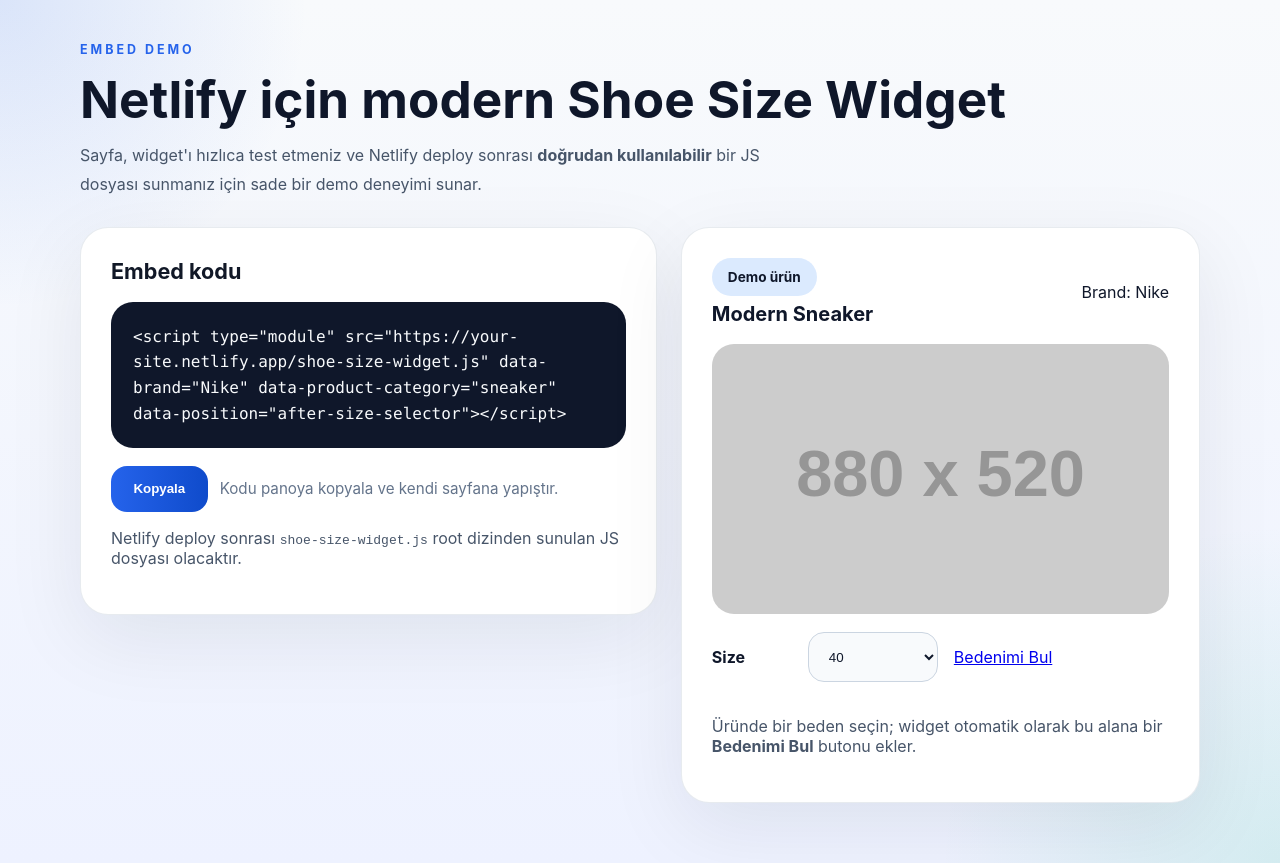
Repository: h-kod/sizeselect
Page: /
The author's editor kept a copy of each file at every save. The page is drawn from the files as they stood at one save, then again after the next save.
The browser window is 1280 px wide. The pictures show the whole page.
The project was rebuilt for these pictures with package versions that can differ from the ones it lists, and the page was loaded fresh each time. Also part of the build but not shown: vite.config.ts.

Above is the page before, as saved 2026-06-07 05:17:18.

After the next save:
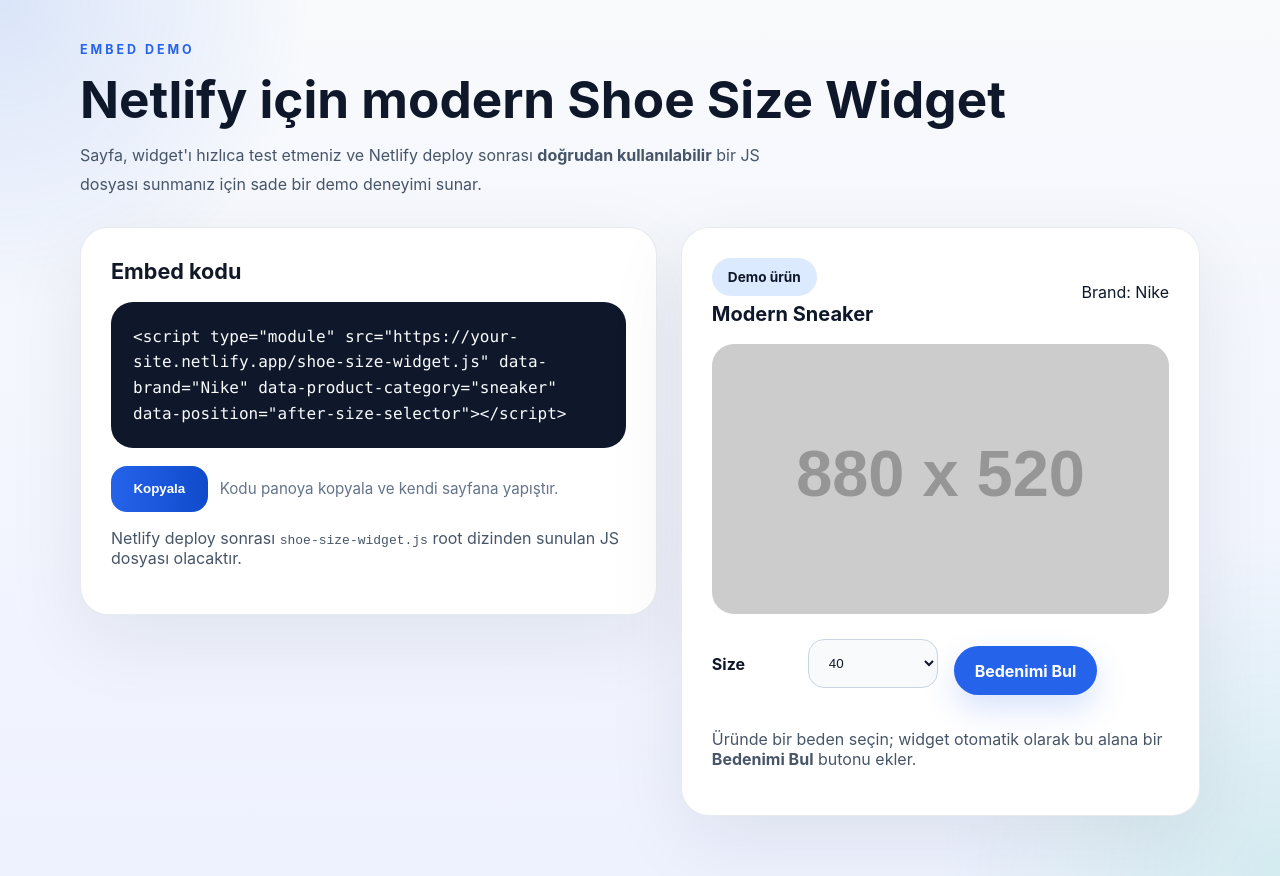
Saved 4 s later.
--- a/src/widget/embed.ts
+++ b/src/widget/embed.ts
@@ -32,11 +32,17 @@ function init(){
   if(!target) return
   // create small link if there's no obvious size area
   const wrapper = document.createElement('div')
-  wrapper.style.display = 'inline-block'
+  wrapper.style.display = 'inline-flex'
+  wrapper.style.alignItems = 'center'
+  wrapper.style.justifyContent = 'center'
+  wrapper.style.marginTop = '14px'
   const link = document.createElement('a')
   link.textContent = 'Bedenimi Bul'
   link.href = '#'
-  link.className = 'ssw-open-link'
+  link.setAttribute('role','button')
+  link.style.cssText = 'display:inline-flex;align-items:center;justify-content:center;padding:0.9rem 1.3rem;border-radius:999px;background:#2563eb;color:#fff;text-decoration:none;font-weight:700;box-shadow:0 14px 32px rgba(37,99,235,0.18);transition:transform .16s ease,filter .16s ease;'
+  link.onmouseover = ()=>{ link.style.transform = 'translateY(-1px)'; link.style.filter='brightness(1.05)' }
+  link.onmouseout = ()=>{ link.style.transform = 'none'; link.style.filter='none' }
   link.onclick = (e)=>{ e.preventDefault(); injectIntoShadow(wrapper, brand); document.querySelector('.ssw-open-link')?.remove() }
   wrapper.appendChild(link)
   target.appendChild(wrapper)
